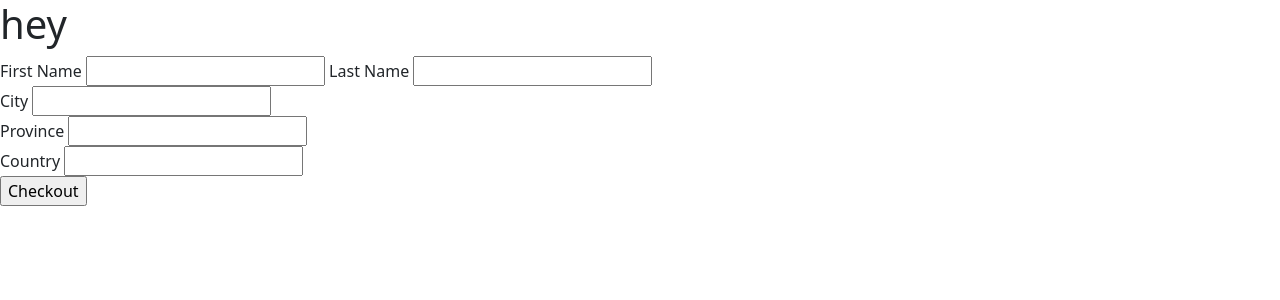
Repository: Flatbook/sliced_bread
Page: http://localhost/checkout
An editor plug-in stored every save of this project. The page is shown before and after the next save, followed by the edit.
The browser window is 1280 px wide. The pictures show the whole page.
Some web libraries are served in a nearby version. The page is served by the project's application, run on Flask 3 (app.py).

Above is the page before, as saved 2021-05-15 23:34:22.

### flask_project/templates/checkout.html
{% extends "layout.html" %}
{% block content %}


<h1>hey</h1>

<form method = "POST" action ="{{ url_for('checkout')}}">
	{{ form. csrf_token }}
	{{ form.name.label}}

	{{ form.name }}

	{{ form.lname.label }}
	{{ form.lname }}
</br>

	{{ form.city.label}}
	{{ form.city }}
</br>

	{{ form.state.label }}
	{{ form.state }}
</br>

	{{ form.country.label }}
	{{ form.country }}
</br>

	{{ form.submit }}
</form>

<!-- {% if name %}
	<h1>Hello {{ name }}!!</h1>
	<br/>
	<img src="{{ url_for('static', filename='images/NorthPeak.png')}}" width=1100>
	<br/><br/>
	<p id="demo">This is stuff...</p>

<script src="{{ url_for('static', filename='js/myfile.js')}}"></script>


{% else %}
	<h1>What's Your Name?</h1>
	<br/>
	<form method="POST">
		{{ form.hidden_tag() }}

		{{ form.name.label(class="form-label") }}

		{{ form.name(class="form-control") }}
		<br/>

		{{ form.submit(class="btn btn-secondary") }}


	</form>



{% endif %}

{% endblock %} -->

### flask_project/templates/layout.html
<!DOCTYPE html>
<html lang="en">
<head>
    <meta charset="UTF-8">
    <meta http-equiv="X-UA-Compatible" content="IE=edge">
    <meta name="viewport" content="width=device-width, initial-scale=1.0">
    <!-- <link rel = "stylesheet" href="{{ url_for('static', filename='css/main.css') }}"> -->
    <link href="https://cdn.jsdelivr.net/npm/bootstrap@5.0.1/dist/css/bootstrap.min.css" rel="stylesheet" integrity="sha384-+0n0xVW2eSR5OomGNYDnhzAbDsOXxcvSN1TPprVMTNDbiYZCxYbOOl7+AMvyTG2x" crossorigin="anonymous">
    <title>Greatest Beverage </title>
</head>
<body>
    {% block content %} {% endblock %}

 <!-- Optional JavaScript -->
    <!-- jQuery first, then Popper.js, then Bootstrap JS -->
    <script src="https://code.jquery.com/jquery-3.2.1.slim.min.js" integrity="sha384-KJ3o2DKtIkvYIK3UENzmM7KCkRr/rE9/Qpg6aAZGJwFDMVNA/GpGFF93hXpG5KkN" crossorigin="anonymous"></script>
    <script src="https://cdnjs.cloudflare.com/ajax/libs/popper.js/1.12.9/umd/popper.min.js" integrity="sha384-ApNbgh9B+Y1QKtv3Rn7W3mgPxhU9K/ScQsAP7hUibX39j7fakFPskvXusvfa0b4Q" crossorigin="anonymous"></script>
    <script src="https://maxcdn.bootstrapcdn.com/bootstrap/4.0.0/js/bootstrap.min.js" integrity="sha384-JZR6Spejh4U02d8jOt6vLEHfe/JQGiRRSQQxSfFWpi1MquVdAyjUar5+76PVCmYl" crossorigin="anonymous"></script>
</body>
</html>

### flask_project/app.py
from flask import Flask, render_template
from form import checkoutForm
import os
app = Flask(__name__)

imagesFolder = os.path.join('static','images')

app.config['SECRET_KEY'] = "my secret key"
app.config['UPLOAD_FOLDER'] =imagesFolder


drinks =[{
    'title' : 'Sonder Sparkle Mojito',
    'description': 'A bit of sparkle and cheer come together flawlessly in this festive mocktail.'

},
{
    'title': 'French 75 Mocktail',
    'description': 'With the same taste profile of a classic French 75 — think lemon juice and a splash of bitters — this mocktail will energize your evening.'
}
]

@app.route("/")
def hello_world():
    drink2 = os.path.join(app.config['UPLOAD_FOLDER'],'drink2.jpg')
    return render_template('home.html',drinks=drinks,user_image = drink2)

@app.route("/btform")
def btform():
    return render_template('btform.html')

@app.route("/checkout",methods =['GET','POST'])
def checkout():
    name = None
    lname = None
    form = checkoutForm()
    #  #validate form
    if form.validate_on_submit():
        return 'Dear {}, your order for {} drinks is placed Succesfully.'.format(form.name.data,form.lname.data)
    return render_template("checkout.html",
     name=name,form = form)




if __name__ == '__main__':
    app.run(debug=True)

### flask_project/form.py
from flask_wtf import FlaskForm
from wtforms import StringField, SubmitField
from wtforms.validators import DataRequired

class checkoutForm(FlaskForm):
    name = StringField("First Name", validators = [DataRequired()])
    lname = StringField("Last Name",validators=[DataRequired()])
    city = StringField("City",validators=[DataRequired()])
    state = StringField("Province",validators=[DataRequired()])
    country = StringField("Country",validators=[DataRequired()])
    submit = SubmitField("Checkout")

After the next save:
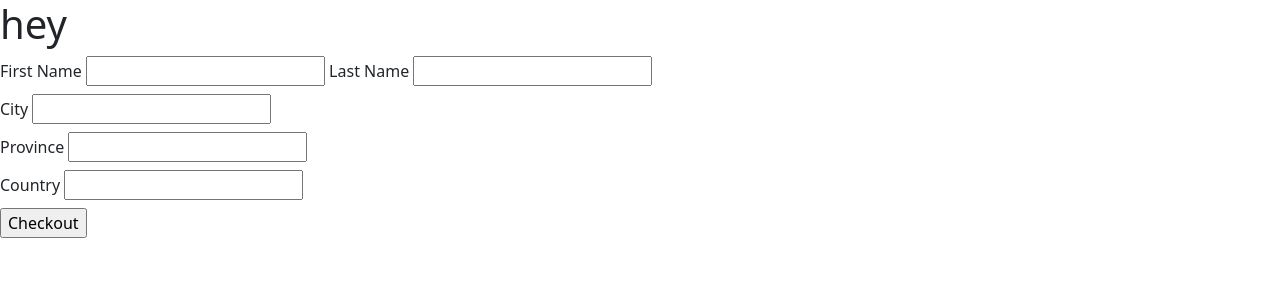
Saved 9 min 31 s later.
--- a/flask_project/templates/checkout.html
+++ b/flask_project/templates/checkout.html
@@ -6,24 +6,24 @@
 
 <form method = "POST" action ="{{ url_for('checkout')}}">
 	{{ form. csrf_token }}
-	{{ form.name.label}}
+	{{ form.name.label(class ="form-label")}}
 
-	{{ form.name }}
+	{{ form.name (class ="form-label") }}
 
-	{{ form.lname.label }}
-	{{ form.lname }}
+	{{ form.lname.label (class ="form-label") }}
+	{{ form.lname (class ="form-label") }}
 </br>
 
-	{{ form.city.label}}
-	{{ form.city }}
+	{{ form.city.label (class ="form-label")}}
+	{{ form.city (class ="form-label") }}
 </br>
 
-	{{ form.state.label }}
-	{{ form.state }}
+	{{ form.state.label (class ="form-label")}}
+	{{ form.state (class ="form-label") }}
 </br>
 
-	{{ form.country.label }}
-	{{ form.country }}
+	{{ form.country.label (class ="form-label") }}
+	{{ form.country (class ="form-label") }}
 </br>
 
 	{{ form.submit }}
